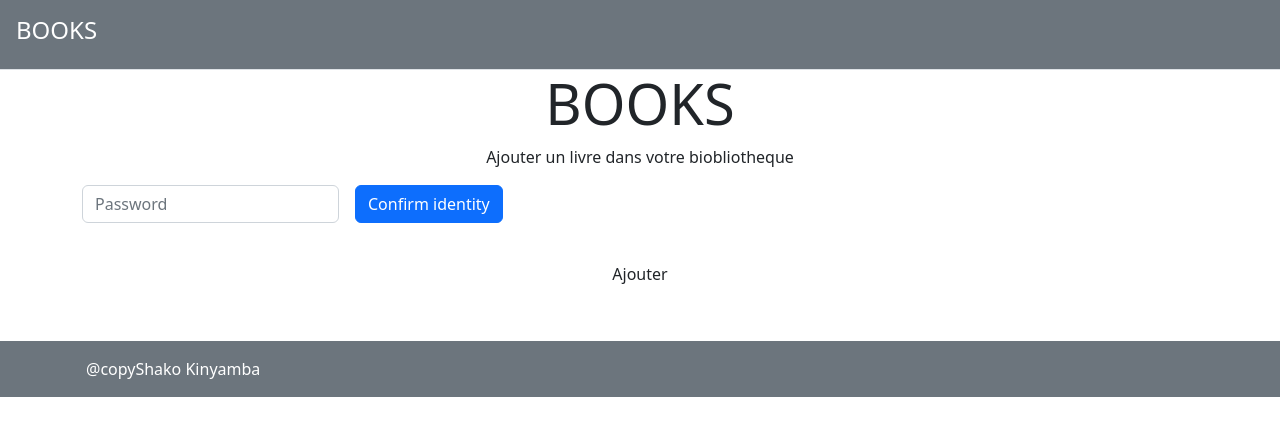
Repository: SKB-TECH/Books
Page: /
These files come from the project's save history. The page is drawn as it stood at one moment and after the next save; the edit follows.
The browser window is 1280 px wide. The pictures show the whole page.
The project was rebuilt for these pictures with package versions that can differ from the ones it lists, and the page was loaded fresh each time. Also part of the build but not shown: vite.config.js.

Above is the page before, as saved 2022-11-09 15:53:36.

### src/main.jsx
import React from 'react'
import ReactDOM from 'react-dom/client'
import App from './App'
import 'bootstrap/dist/css/bootstrap.min.css'

ReactDOM.createRoot(document.getElementById('root')).render(
  <React.StrictMode>
    <App />
  </React.StrictMode>
)

### src/App.jsx
import React from 'react';
import Footer from './components/Footer';
import Navbar from './components/Navbar';
import AddBooks from './Containers/AddBooks'
const App = () => {
  return (
    <div className='App'>
      <Navbar />
      <AddBooks />
      <Footer />
    </div>
  );
};

export default App;

### src/components/Footer.jsx
import React from 'react';

const Footer = () => {
    return (
        <footer className='footer text-white bg-secondary mt-5'>
            <div className='container p-3'>
                <span>
                    @copyShako Kinyamba
                </span>
            </div>
        </footer>
    );
};

export default Footer;

### src/components/Navbar.jsx
import React from 'react';

const Navbar = () => {
    return (
        <header>
            <div className='d-flex flex-column flex-md-row p-3 border-bottom bg-secondary text-white'>
                <h4 className='mr-md-auto'>
                    <a href="/" className='text-decoration-none text-white'>BOOKS</a>
                </h4>
            </div>
            {/* Menu principl */}
        </header>
    );
};

export default Navbar;

### src/Containers/AddBooks.jsx
import React from 'react';

const AddBooks = () => {
    return (
        <main role="main">
            <div className='jumbotron jumbotron-fluid'>
                <div className='container text-center'>
                    <h1 className='display-4'>
                        BOOKS
                    </h1>
                    <p>
                        Ajouter un livre dans votre biobliotheque
                    </p>

                    <form action="" className='form-inline justify-content-center'>
                        <form className="row g-3">
                            <div className="col-auto">
                                <label for="inputPassword2" class="visually-hidden">Password</label>
                                <input type="password" class="form-control" id="inputPassword2" placeholder="Password"/>
                            </div>
                            <div class="col-auto">
                                <button type="submit" class="btn btn-primary mb-3">Confirm identity</button>
                            </div>
                        </form>
                        <div className="form-group">
                            <button className="btn btn outline-secondary mt-3">
                                Ajouter
                            </button>
                        </div>
                    </form>
                </div>
            </div>
        </main>
    );
};

export default AddBooks;

Loaded but not shown: index.html (common file)

After the next save:
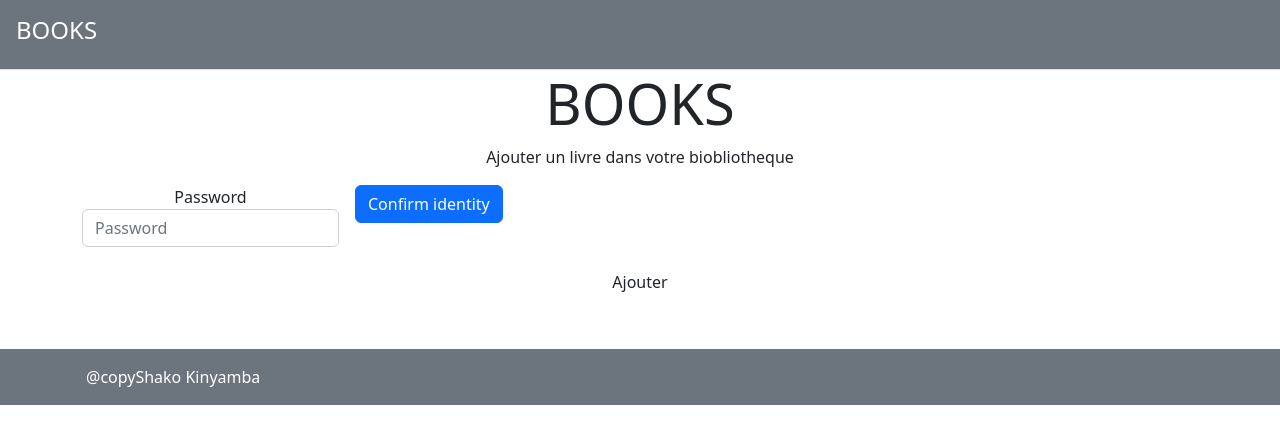
Saved 6 s later.
--- a/src/Containers/AddBooks.jsx
+++ b/src/Containers/AddBooks.jsx
@@ -15,7 +15,7 @@ const AddBooks = () => {
                     <form action="" className='form-inline justify-content-center'>
                         <form className="row g-3">
                             <div className="col-auto">
-                                <label for="inputPassword2" class="visually-hidden">Password</label>
+                                <label for="inputPassword2" classNmae="visually-hidden">Password</label>
                                 <input type="password" class="form-control" id="inputPassword2" placeholder="Password"/>
                             </div>
                             <div class="col-auto">
